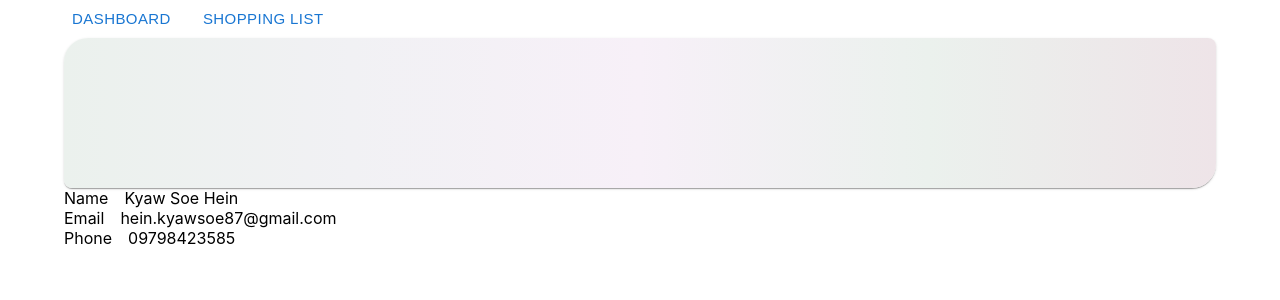
Repository: KyawSoeHein/GoogleAuthReact
Page: /
These files come from the project's save history. The page is drawn as it stood at one moment and after the next save; the edit follows.
The browser window is 1280 px wide. The pictures show the whole page.
The project was rebuilt for these pictures with package versions that can differ from the ones it lists, and the page was loaded fresh each time. Also part of the build but not shown: src/App.css.

Above is the page before, as saved 2022-02-14 19:30:43.

### src/index.tsx
import React from "react";
import ReactDOM from "react-dom";
import "./index.css";
import App from "./App";
import Dashboard from "./View/Dashboard";
import reportWebVitals from "./reportWebVitals";

ReactDOM.render(
  <React.StrictMode>
    <Dashboard />
  </React.StrictMode>,
  document.getElementById("root")
);

// If you want to start measuring performance in your app, pass a function
// to log results (for example: reportWebVitals(console.log))
// or send to an analytics endpoint. Learn more: https://bit.ly/CRA-vitals
reportWebVitals();

### src/View/Dashboard.tsx
import React from "react";
import { Container, Grid, Stack } from "@mui/material";
import MenuSelection from "../Components/MenuSelection";
import CoverAndProfilePhoto from "../Components/CoverAndProfilePhoto";

const Dashboard = () => {
  return (
    <Grid>
      <Container>
        <MenuSelection />

        <CoverAndProfilePhoto />

        <Stack direction={"row"} spacing={2}>
          <div>Name</div>
          <div>Kyaw Soe Hein</div>
        </Stack>

        <Stack direction={"row"} spacing={2}>
          <div>Email</div>
          <div>hein.kyawsoe87@gmail.com</div>
        </Stack>

        <Stack direction={"row"} spacing={2}>
          <div>Phone</div>
          <div>09798423585</div>
        </Stack>
      </Container>
    </Grid>
  );
};

export default Dashboard;

### src/Components/MenuSelection.tsx
import React from "react";
import { Button, Stack } from "@mui/material";
import "../App.css";

const MenuSelection = () => {
  const buttonFontSize = 15;

  return (
    <Stack direction={"row"} spacing={2}>
      <Button sx={{ fontSize: buttonFontSize, fontFamily: "sans-serif" }}>
        Dashboard
      </Button>
      <Button sx={{ fontSize: buttonFontSize, fontFamily: "sans-serif" }}>
        Shopping List
      </Button>
    </Stack>
  );
};

export default MenuSelection;

### src/Components/CoverAndProfilePhoto.tsx
import React from "react";
import { Button, Paper, Stack } from "@mui/material";
import "../App.css";

const CoverAndProfilePhoto = () => {
  return (
    <Paper
      elevation={1}
      sx={{
        height: 150,
        borderTopRightRadius: 8,
        borderTopLeftRadius: 24,
        borderBottomLeftRadius: 8,
        borderBottomRightRadius: 24,
        background:
          "linear-gradient(to right, rgb(235,241,237), rgb(241,241,244), rgb(247,240,248), rgb(235,241,237), rgb(238,228,232))",
      }}
    ></Paper>
  );
};

export default CoverAndProfilePhoto;

Loaded but not shown: public/index.html (common file); src/index.css (common file); src/reportWebVitals.ts (common file)

After the next save:
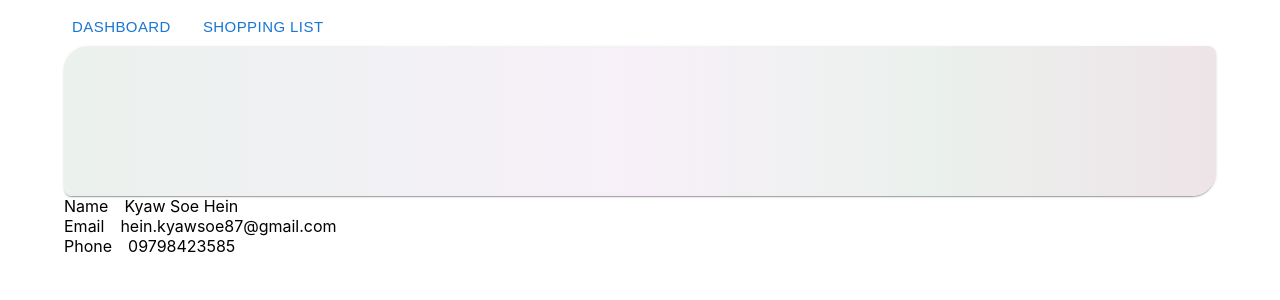
Saved 24 s later.
--- a/src/View/Dashboard.tsx
+++ b/src/View/Dashboard.tsx
@@ -7,6 +7,7 @@ const Dashboard = () => {
   return (
     <Grid>
       <Container>
+        <div style={{ marginTop: 8 }}></div>
         <MenuSelection />
 
         <CoverAndProfilePhoto />
